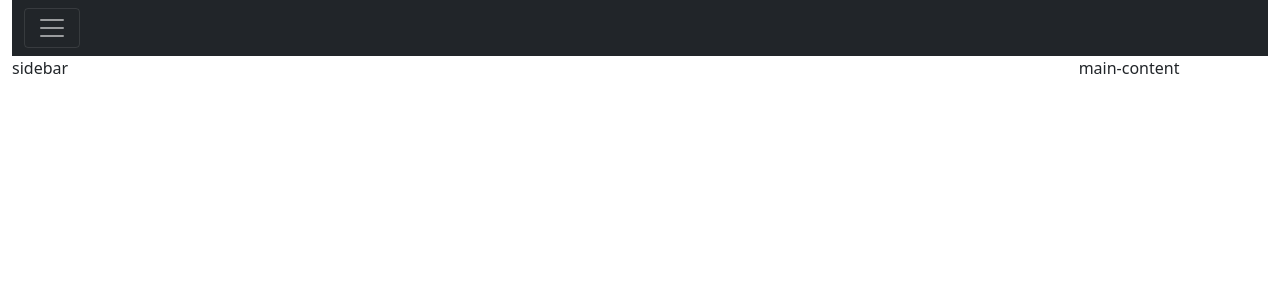
Repository: Dayvid0/BOOTSTRAP-TUTORIALS
Page: cosmos.example.html
An editor plug-in stored every save of this project. The page is shown before and after the next save, followed by the edit.
The browser window is 1280 px wide. The pictures show the whole page.

Above is the page before, as saved 2025-01-29 08:57:22.

### cosmos.example.html
<!doctype html>
<html lang="en">
  <head>
    <!-- Required meta tags -->
    <meta charset="utf-8">
    <meta name="viewport" content="width=device-width, initial-scale=1">
    <!-- Bootstrap CSS -->
    <link href="https://cdn.jsdelivr.net/npm/bootstrap@5.0.2/dist/css/bootstrap.min.css" rel="stylesheet" integrity="sha384-EVSTQN3/azprG1Anm3QDgpJLIm9Nao0Yz1ztcQTwFspd3yD65VohhpuuCOmLASjC" crossorigin="anonymous">
    <title>Cosmos-example</title>
  </head>
  <body>
<div class="container-fluid">
  <!--navbar-->
  <div class="collapse" id="navbarToggleExternalContent">
    <div class="bg-dark p-4">
      <h5 class="text-white h4">Collapsed content</h5>
      <span class="text-muted">Toggleable via the navbar brand.</span>
    </div>
  </div>
  <nav class="navbar navbar-dark bg-dark">
    <div class="container-fluid">
      <button class="navbar-toggler" type="button" data-bs-toggle="collapse" data-bs-target="#navbarToggleExternalContent" aria-controls="navbarToggleExternalContent" aria-expanded="false" aria-label="Toggle navigation">
        <span class="navbar-toggler-icon"></span>
      </button>
    </div>
  </nav>
</div>
<div class="container-fluid">
  <div class="row">
    <div class="sidebar col-md-10">
      sidebar
    </div>
    <div class="main-content col-md-2 bg-#e5f7ff ">
      main-content
    </div>
  </div>
</div>
    <script src="https://cdn.jsdelivr.net/npm/bootstrap@5.0.2/dist/js/bootstrap.bundle.min.js" integrity="sha384-MrcW6ZMFYlzcLA8Nl+NtUVF0sA7MsXsP1UyJoMp4YLEuNSfAP+JcXn/tWtIaxVXM" crossorigin="anonymous"></script>
  </body>
</html>

After the next save:
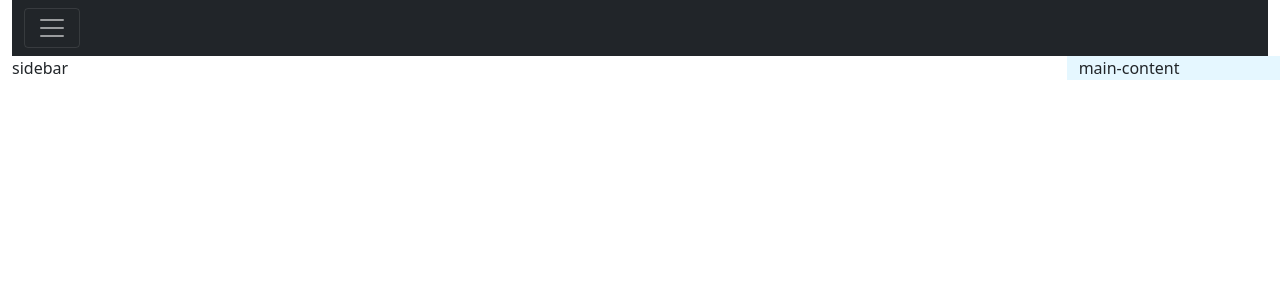
Saved 115 s later.
--- a/cosmos.example.html
+++ b/cosmos.example.html
@@ -7,6 +7,11 @@
     <!-- Bootstrap CSS -->
     <link href="https://cdn.jsdelivr.net/npm/bootstrap@5.0.2/dist/css/bootstrap.min.css" rel="stylesheet" integrity="sha384-EVSTQN3/azprG1Anm3QDgpJLIm9Nao0Yz1ztcQTwFspd3yD65VohhpuuCOmLASjC" crossorigin="anonymous">
     <title>Cosmos-example</title>
+    <style>
+      .main-content {
+        background-color: #e5f7ff ;
+      }
+    </style>
   </head>
   <body>
 <div class="container-fluid">
@@ -30,7 +35,7 @@
     <div class="sidebar col-md-10">
       sidebar
     </div>
-    <div class="main-content col-md-2 bg-#e5f7ff ">
+    <div class="main-content col-md-2  ">
       main-content
     </div>
   </div>
